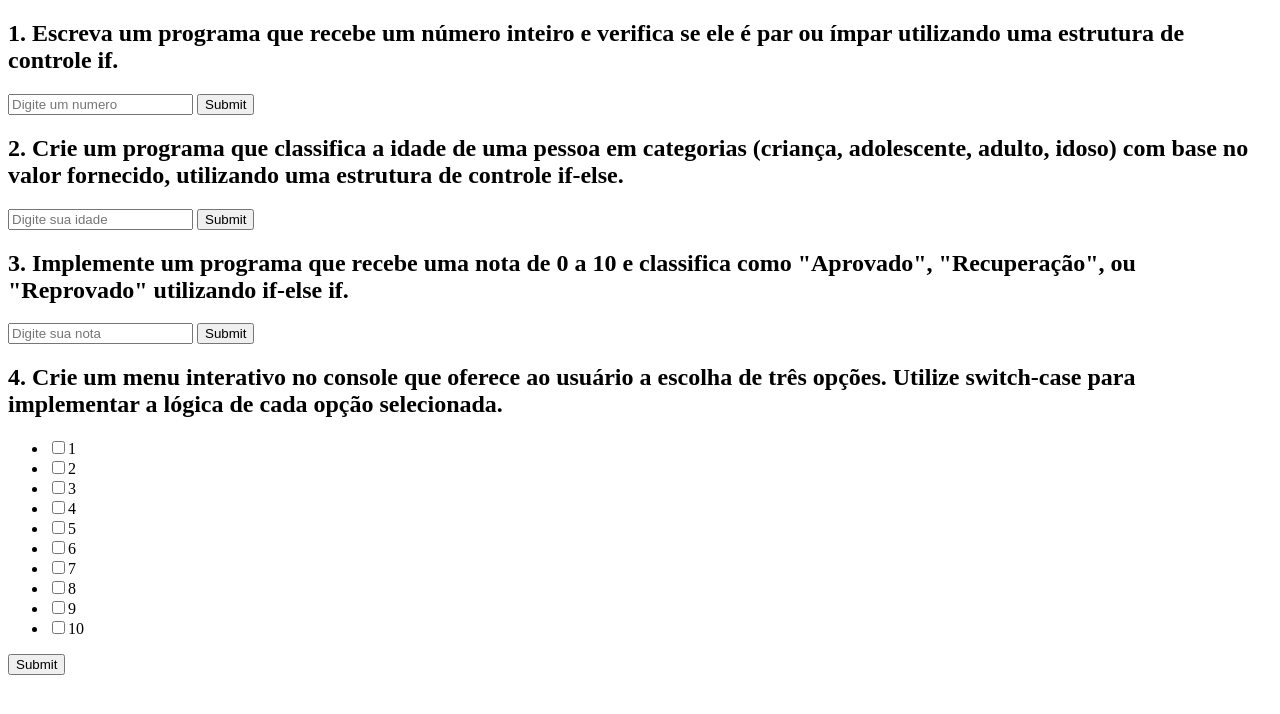
Repository: chidekina/prati-logica
Page: index.html
The author's editor kept a copy of each file at every save. The page is drawn from the files as they stood at one save, then again after the next save.
The browser window is 1280 px wide. The pictures show the whole page.

Above is the page before, as saved 2025-04-29 14:28:37.

### index.html
<!DOCTYPE html>
<html lang="en">
<head>
    <main>
        <meta charset="UTF-8">
        <meta name="viewport" content="width=device-width, initial-scale=1.0">
        <title>+prati - Lista de Exercicios 1</title>
    </head>
<body>
    <div>
        <h2>
            1. Escreva um programa que recebe um número inteiro e verifica se ele é par ou ímpar
utilizando uma estrutura de controle if.
    </h2>
    <div>
        <input id="task1" type="text" placeholder="Digite um numero" />
        <input type="submit" onclick="parOuImpar()">
    </div>
    <h3 id="answer1"></h3>
</div>
    <div>
        <h2>
            2. Crie um programa que classifica a idade de uma pessoa em categorias (criança,
adolescente, adulto, idoso) com base no valor fornecido, utilizando uma estrutura de
controle if-else.
    </h2>
    <div>
        <input id="task2" type="text" placeholder="Digite sua idade" />
        <input type="submit" onclick="classificacaoEtaria()">
    </div>
    <h3 id="answer2"></h3>
</div>
    <div>
        <h2>
            3. Implemente um programa que recebe uma nota de 0 a 10 e classifica como
"Aprovado", "Recuperação", ou "Reprovado" utilizando if-else if.
    </h2>
    <div>
        <input id="task3" type="text" placeholder="Digite sua nota" />
        <input type="submit" onclick="aprovacao()">
    </div>
    <h3 id="answer3"></h3>
</div>
    <div>
        <h2>
            4. Crie um menu interativo no console que oferece ao usuário a escolha de três opções.
Utilize switch-case para implementar a lógica de cada opção selecionada.
    </h2>
    <div>
        <ul>
            <li><input type="checkbox"id="option1">1</input></li>
            <li><input type="checkbox"id="option2">2</input></li>
            <li><input type="checkbox"id="option3">3</input></li>
            <li><input type="checkbox"id="option4">4</input></li>
            <li><input type="checkbox"id="option5">5</input></li>
            <li><input type="checkbox"id="option6">6</input></li>
            <li><input type="checkbox"id="option7">7</input></li>
            <li><input type="checkbox"id="option8">8</input></li>
            <li><input type="checkbox"id="option9">9</input></li>
            <li><input type="checkbox"id="option10">10</input></li>
        </ul>
        <input type="submit" onclick="aprovacao()">
    </div>
    <h3 id="answer3"></h3>
</div>
</main>
<script src="app.js"></script>
</body>
</html>

### app.js
function parOuImpar() {
  const task1 = document.getElementById("task1");
  const numero = parseInt(task1.value);
  let answer1 = document.getElementById("answer1");

  if (isNaN(numero)) {
    alert("Digite um número válido.");
  } else {
    answer1.innerHTML = `O número ${numero} é ${numero % 2 === 0 ? 'par' : 'ímpar'}`;
  }
  task1.value = '';
}

function classificacaoEtaria() {
  const task2 = document.getElementById("task2");
  const idade = parseInt(task2.value);
  let classificacao;
  let answer2 = document.getElementById("answer2");

  if (isNaN(idade) || idade > 100 || idade < 0) {
    alert("Digite uma idade válida.");
  } else {
    if (idade >= 60) {
      classificacao = "idoso";
    } else if (idade >= 20) {
      classificacao = "adulto";
    } else if (idade >= 12) {
      classificacao = "adolescente";
    } else {
      classificacao = "criança";
    }
    answer2.innerHTML = `A idade de ${idade} anos é classificada como ${classificacao}.`;
  }
  task2.value = '';
}

function aprovacao() {
    const task3 = document.getElementById('task3');
    const nota = task3.value;

    if( nota < 0 || nota > 10 || isNaN(nota)) {
        alert('Digite uma nota válida.');
    } else {
        answer3.innerHTML = nota >= 7 ? 'Parabéns! Você foi aprovado.' : 'Poxa... Você ficou de recuperação.';
    }

    task3.value = '';
}

After the next save:
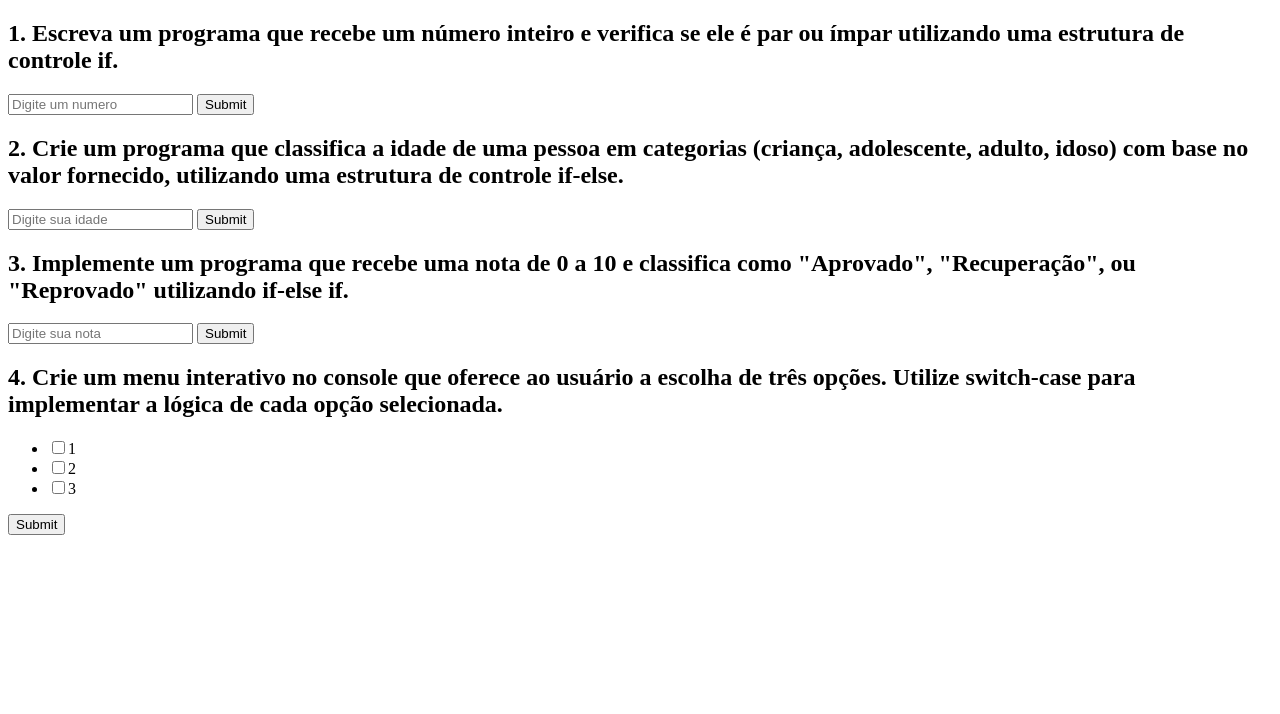
Saved 24 s later.
--- a/index.html
+++ b/index.html
@@ -51,13 +51,6 @@ Utilize switch-case para implementar a lógica de cada opção selecionada.
             <li><input type="checkbox"id="option1">1</input></li>
             <li><input type="checkbox"id="option2">2</input></li>
             <li><input type="checkbox"id="option3">3</input></li>
-            <li><input type="checkbox"id="option4">4</input></li>
-            <li><input type="checkbox"id="option5">5</input></li>
-            <li><input type="checkbox"id="option6">6</input></li>
-            <li><input type="checkbox"id="option7">7</input></li>
-            <li><input type="checkbox"id="option8">8</input></li>
-            <li><input type="checkbox"id="option9">9</input></li>
-            <li><input type="checkbox"id="option10">10</input></li>
         </ul>
         <input type="submit" onclick="aprovacao()">
     </div>
